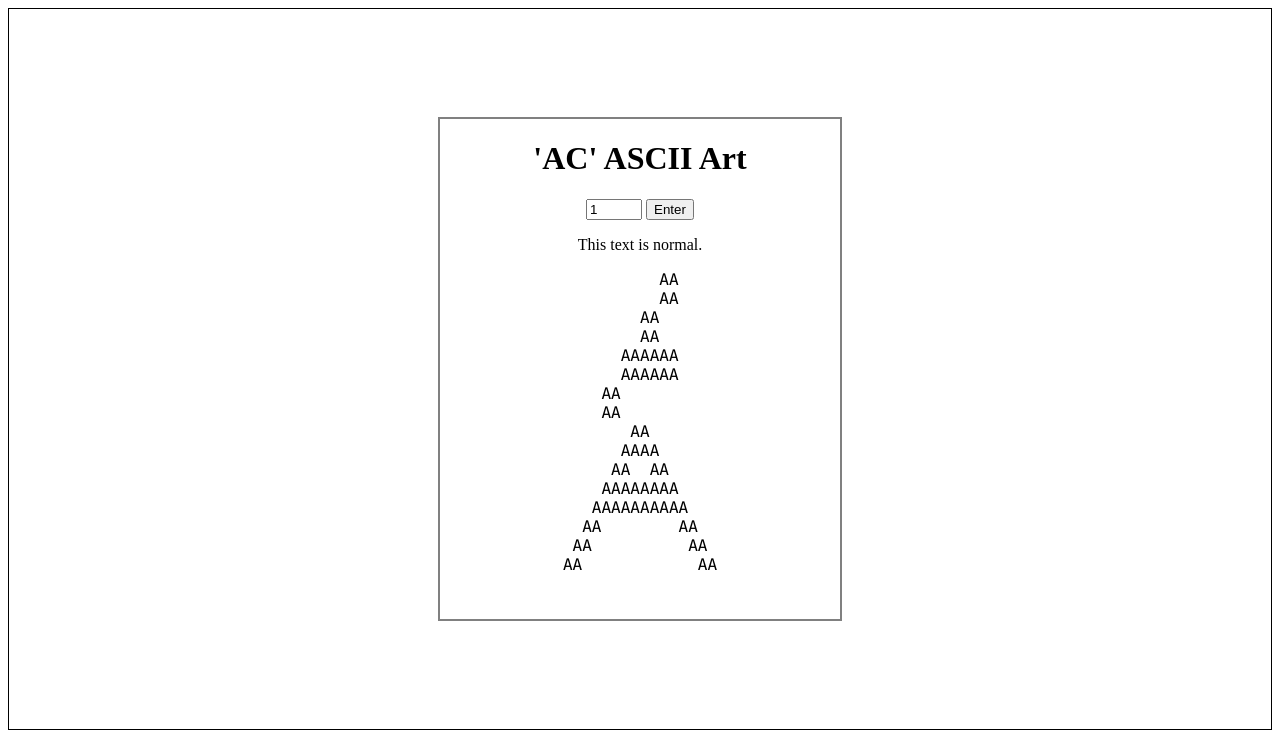
Repository: Achorn/ascii-art
Page: index.html
These files come from the project's save history. The page is drawn as it stood at one moment and after the next save; the edit follows.
The browser window is 1280 px wide. The pictures show the whole page.

Above is the page before, as saved 2021-08-09 16:55:47.

### index.html
<!DOCTYPE html>
<html lang="en">
  <head>
    <link rel="stylesheet" href="styles.css" />
    <meta charset="UTF-8" />
    <meta http-equiv="X-UA-Compatible" content="IE=edge" />
    <meta name="viewport" content="width=device-width, initial-scale=1.0" />
    <title>Document</title>
  </head>
  <body>
    <form>
      <h1>'AC' ASCII Art</h1>
      <input type="number" min="1" value="1" max="10" />
      <button>Enter</button>
      <div id="ascii">
        <p>This text is normal.</p>
        <p id="mono" style="font-family: 'Lucida Console', monospace">
          This text is monospace text.
        </p>
      </div>
    </form>
    <script type="text/javascript" src="myscripts.js"></script>
  </body>
</html>

### styles.css
body {
  border: 1px solid black;
  display: flex;
  flex-direction: column;
  justify-content: center;
  align-items: center;
  height: 100vh;
}

form {
  border: 2px solid grey;
  height: 500px;
  width: 400px;
  text-align: center;
}

.ascii {
  border-radius: 1px solid black;
}
#mono {
  /* font-size: 25.5vw; */

  white-space: pre;
}

### myscripts.js
console.log("hello");

let four = [
  [" ", " ", " ", "A"],
  [" ", " ", "A", " "],
  [" ", "A", "A", "A"],
  ["A", " ", " ", " "],
];

let eight = [
  [
    " ",
    " ",
    " ",
    " ",
    " ",
    " ",
    " ",
    "A",
    "A",
    " ",
    " ",
    " ",
    " ",
    " ",
    " ",
    " ",
  ],
  [
    " ",
    " ",
    " ",
    " ",
    " ",
    " ",
    "A",
    "A",
    "A",
    "A",
    " ",
    " ",
    " ",
    " ",
    " ",
    " ",
  ],
  [
    " ",
    " ",
    " ",
    " ",
    " ",
    "A",
    "A",
    " ",
    " ",
    "A",
    "A",
    " ",
    " ",
    " ",
    " ",
    " ",
  ],
  [
    " ",
    " ",
    " ",
    " ",
    "A",
    "A",
    "A",
    "A",
    "A",
    "A",
    "A",
    "A",
    " ",
    " ",
    " ",
    " ",
  ],
  [
    " ",
    " ",
    " ",
    "A",
    "A",
    "A",
    "A",
    "A",
    "A",
    "A",
    "A",
    "A",
    "A",
    " ",
    " ",
    " ",
  ],
  [
    " ",
    " ",
    "A",
    "A",
    " ",
    " ",
    " ",
    " ",
    " ",
    " ",
    " ",
    " ",
    "A",
    "A",
    " ",
    " ",
  ],
  [
    " ",
    "A",
    "A",
    " ",
    " ",
    " ",
    " ",
    " ",
    " ",
    " ",
    " ",
    " ",
    " ",
    "A",
    "A",
    " ",
  ],
  [
    "A",
    "A",
    " ",
    " ",
    " ",
    " ",
    " ",
    " ",
    " ",
    " ",
    " ",
    " ",
    " ",
    " ",
    "A",
    "A",
  ],
];

// for (let i = 0; i < eight.length; i++) {
//   console.log(eight[i].join(""));
// }

function scaleSpread(array, factor) {
  const scaled = [];

  for (const row of array) {
    let x = [];

    for (const item of row) x.push(...Array(factor).fill(item));

    scaled.push(...Array(factor).fill(x));
  }

  return scaled;
}
let sixteen = scaleSpread(eight, 2);

function arrToString(arr) {
  let string = "";
  for (let i = 0; i < arr.length; i++) {
    string += arr[i].join("") + "<br>";
  }
  return string;
}

function trimA(arr, lWidth) {
  for (i = 0; i < arr.length; i++) {
    //subtract from middle
    //add to sized
    arr[i] == arr[i];
  }
}

let mono = document.getElementById("mono");
console.log(mono.innerHTML);

mono.innerHTML = arrToString(scaleSpread(four, 2));
mono.innerHTML += arrToString(scaleSpread(eight, 1));

After the next save:
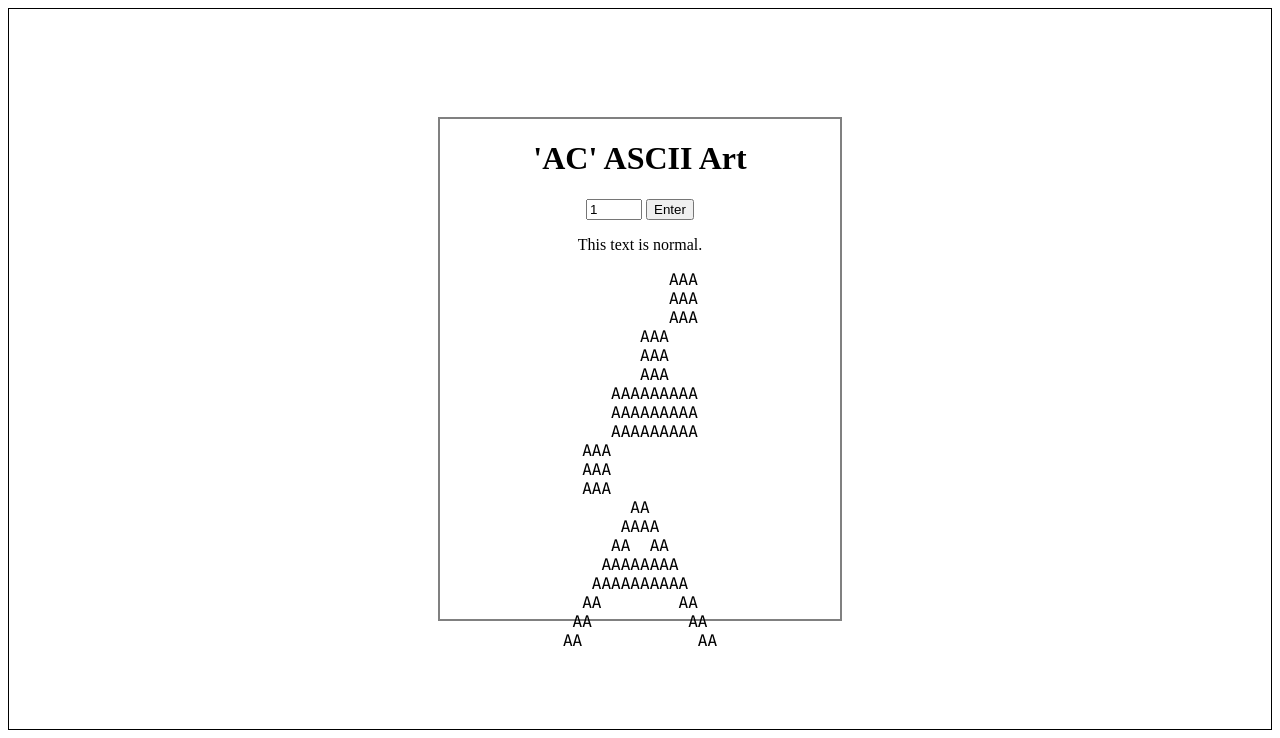
Saved 35 s later.
--- a/myscripts.js
+++ b/myscripts.js
@@ -192,5 +192,5 @@ function trimA(arr, lWidth) {
 let mono = document.getElementById("mono");
 console.log(mono.innerHTML);
 
-mono.innerHTML = arrToString(scaleSpread(four, 2));
+mono.innerHTML = arrToString(scaleSpread(four, 3));
 mono.innerHTML += arrToString(scaleSpread(eight, 1));
